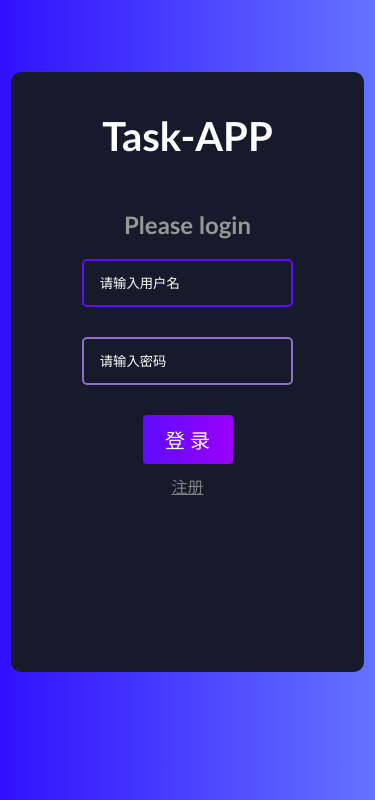
Repository: Azem723/todo-list-app
Page: /
The author's editor kept a copy of each file at every save. The page is drawn from the files as they stood at one save, then again after the next save.
The browser window is 375 px wide. The pictures show the whole page.
The project was rebuilt for these pictures with package versions that can differ from the ones it lists, and the page was loaded fresh each time. Also part of the build but not shown: src/components/todoForm/TodoForm.module.css, src/components/todoForm/TodoForm.jsx, src/components/todoList/TodoList.module.css, src/components/todo/Todo.module.css, src/components/todo/Todo.jsx, src/components/todoList/TodoList.jsx, src/pages/home/Home.jsx, src/pages/NotFoundPages.jsx and 4 more.

Above is the page before, as saved 2021-12-08 11:44:14.

After the next save:
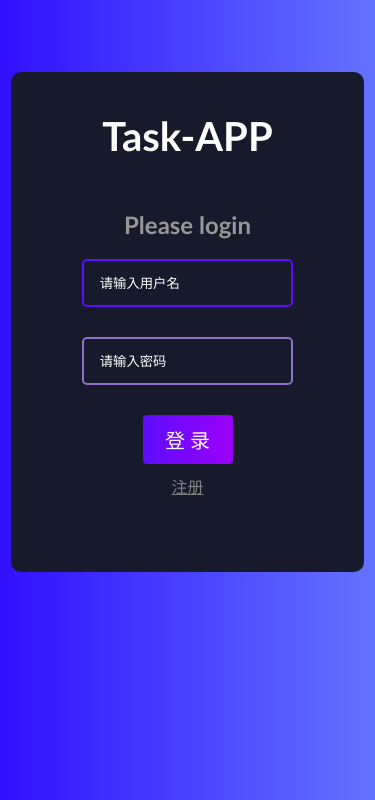
Saved 23 s later.
--- a/src/App.css
+++ b/src/App.css
@@ -41,6 +41,7 @@ body {
   .todo-app {
     width: 94vw;
     margin: 9vh auto;
+    min-height: 500px;
   }
 }
 
